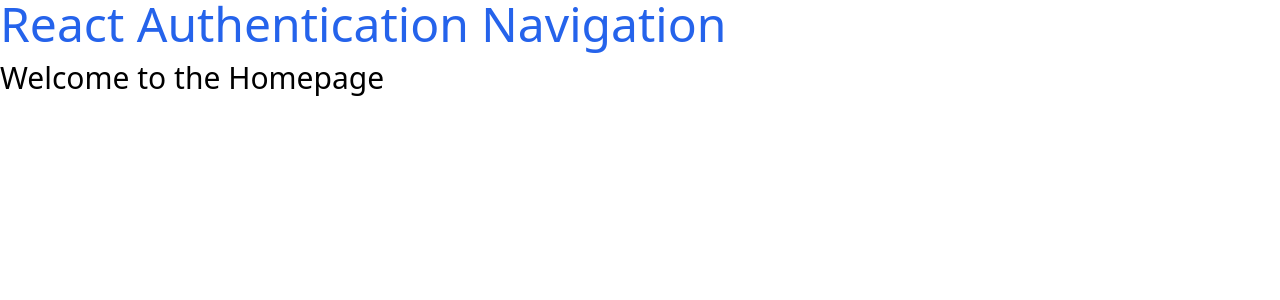
Repository: oderinde300/react-authentication-with-json-server
Page: /
The author's editor kept a copy of each file at every save. The page is drawn from the files as they stood at one save, then again after the next save.
The browser window is 1280 px wide. The pictures show the whole page.
The project was rebuilt for these pictures with package versions that can differ from the ones it lists, and the page was loaded fresh each time. Also part of the build but not shown: src/components/authentication/Login.jsx, src/pages/LoginPage.jsx.

Above is the page before, as saved 2023-03-22 11:49:14.

After the next save:
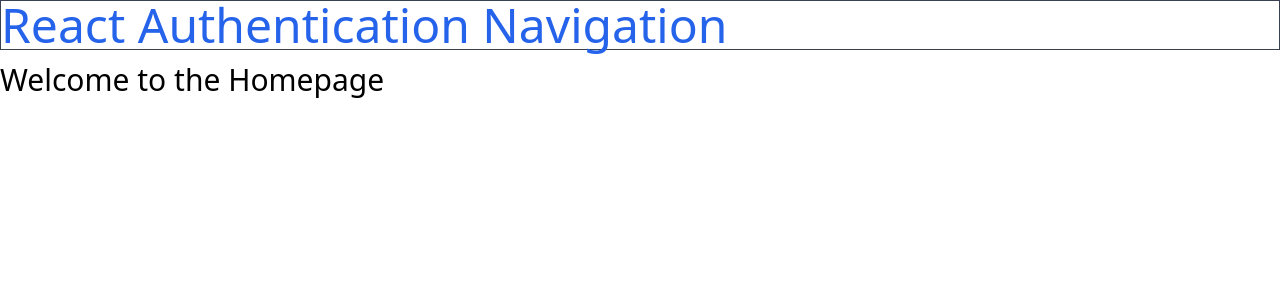
Saved 14 s later.
--- a/src/App.js
+++ b/src/App.js
@@ -5,7 +5,7 @@ import LoginPage from "./pages/LoginPage";
 function App() {
   return (
     <div>
-      <h1 className="text-5xl text-blue-600 mb-3">
+      <h1 className="text-5xl text-blue-600 mb-3 border border-gray-700">
         React Authentication Navigation
       </h1>
       <Routes>
